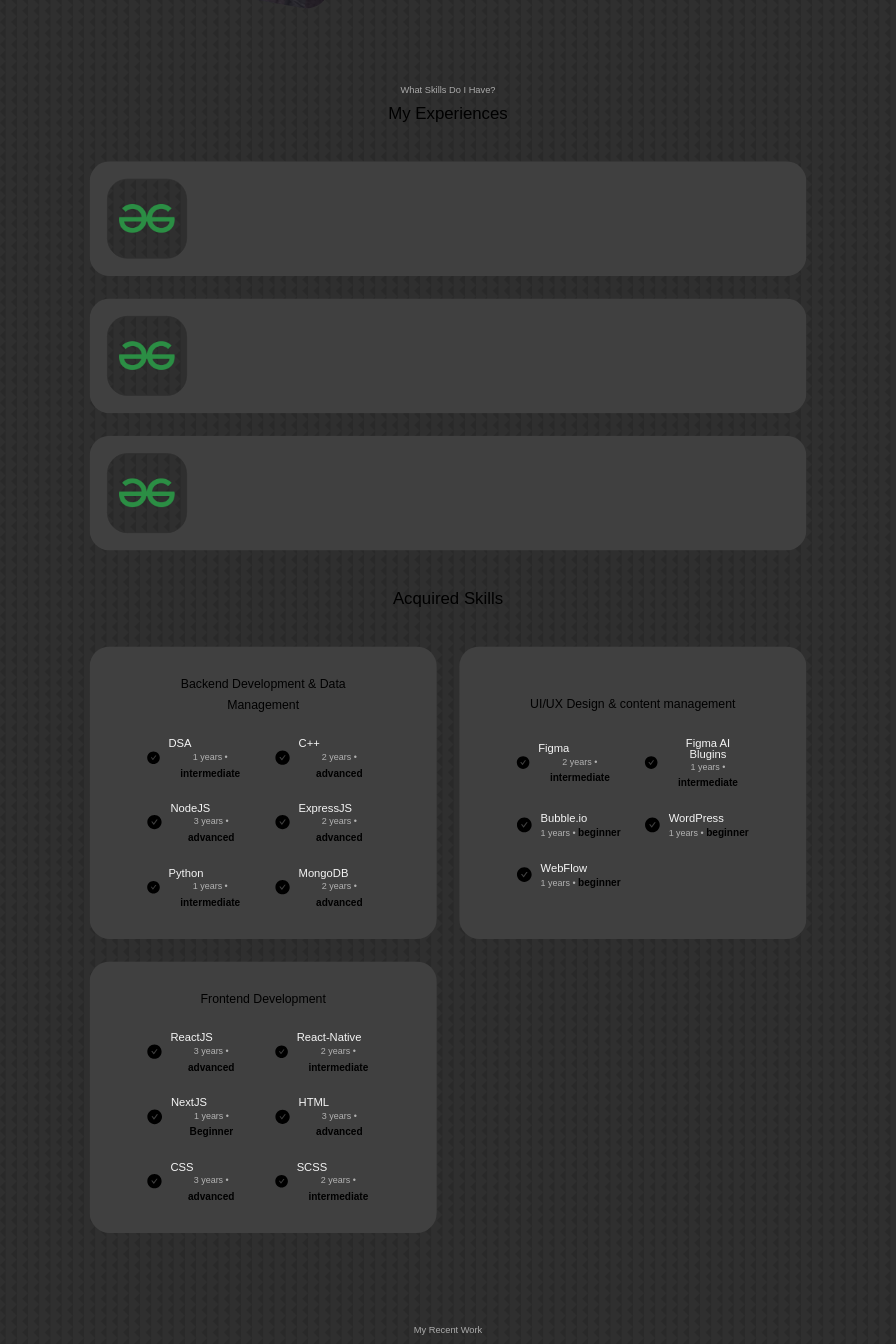
Repository: Z-Bahaa/project_joker_react_portfolio
Page: /
An editor plug-in stored every save of this project. The page is shown before and after the next save, followed by the edit.
The browser window is 1280 px wide. The pictures show the part of the page from y = 1449 to 3369 px (the page is 5435 px tall before and 5406 px after), at 70% of full size.
Some web fonts or font styles are not loaded; a fallback is used. The project was rebuilt for these pictures with package versions that can differ from the ones it lists, and the page was loaded fresh each time. Imported but missing from the stored project, and not drawn on this page: src/assets/resume.pdf.

Above is the page before, as saved 2023-08-21 13:58:25.

### public/index.html
<!DOCTYPE html>
<html lang="en">

<head>
  <meta charset="UTF-8">
  <meta name="viewport" content="width=device-width, initial-scale=1.0">
  <title>Zeyad Bahaa</title>
  <link rel="shortcut icon" href="/Logo.png" />
</head>

<body>
  <div id="root"></div>
</body>

</html>

### src/App.jsx
import Header from './components/header/Header'
import Nav from './components/nav/Nav'
import About from './components/about/About'
import Experience from './components/experience/Experience'
// import Services from './components/services/Services'
import Portfolio from './components/portfolio/Portfolio'
// import Testimonials from './components/testimonials/Testimonials'
import Contact from './components/contact/Contact'
import Footer from './components/footer/Footer'


const App = () => {
  return (
    <>
      <Header />
      <Nav />
      <About />
      <Experience />
      {/* <Services /> */}
      <Portfolio />
{/*       <Testimonials /> */}
      <Contact />
      <Footer />

    </>
  )
}

export default App

### src/components/header/Header.jsx
import './header.css';
import CTA from './CTA'
import ME from '../../assets/me-3.png'
import HeaderSocials from './HeaderSocials'

const Header = () => {
  return (
    <div className='header container' id='home'>
      <div className='header__container'>
        <h5>Hello, I'm</h5>
        <h1>Zeyad Bahaa</h1>
        <h5 className="text-light">Software & web development Enthusiast</h5>
        <CTA />
        <HeaderSocials />

        <div className="me">
          <img src={ME} alt="" />
        </div>

        <a href='#contact' className="scroll__down">Scroll Down</a>
      </div>
    </div>
  )
}

export default Header

### src/components/nav/Nav.jsx
import './nav.css'
import { AiOutlineHome, AiOutlineUser, AiOutlineMessage } from 'react-icons/ai'
import { BiBookAlt } from 'react-icons/bi'
import { BsBagDash } from 'react-icons/bs'
import { useState} from 'react'

const Nav = () => {
  const [activeNav, setActiveNAv] = useState('#')
  return (
    <div className="nav">
      <a href="#home" className={activeNav === '#' ? 'active' : ''} onClick={() => setActiveNAv('#')}><AiOutlineHome /></a>
      <a href="#about" className={activeNav === '#about' ? 'active' : ''} onClick={() => setActiveNAv('#about')}><AiOutlineUser /></a>
      <a href="#experience" className={activeNav === '#experience' ? 'active' : ''} onClick={() => setActiveNAv('#experience')}><BiBookAlt /></a>
      <a href="#services" className={activeNav === '#services' ? 'active' : ''} onClick={() => setActiveNAv('#services')}><BsBagDash /></a>
      <a href="#contact" className={activeNav === '#contact' ? 'active' : ''} onClick={() => setActiveNAv('#contact')}><AiOutlineMessage /></a>
    </div>
  )
}

export default Nav

### src/components/about/About.jsx
import './about.css'
import ME from '../../assets/me-3.png'
/* import { FiAward, FiUsers } from 'react-icons/fi'
import { AiFillFolderOpen } from 'react-icons/ai' */
const About = () => {
  return (
    <div className="section" id="about">
      <h5>Get To Know</h5>
      <h2>About Me</h2>

      <div className="container about__container">
        <div className="about__me">
          <div className="about__me-image">
            <img src={ME} alt="About" />
          </div>
        </div>

        <div className="about__content">
          {/* <div className="about__cards">

            <div className="about__card">
              <FiAward className="about__icon" />
              <h5>Experience</h5>
              <small>3+ Years Working</small>
            </div>

            <div className="about__card">
              <FiUsers className="about__icon" />
              <h5>Clients</h5>
              <small>200+ Worldwide</small>
            </div>

            <div className="about__card">
              <AiFillFolderOpen className="about__icon" />
              <h5>Projects</h5>
              <small>80+ Completed Projects</small>
            </div>

          </div> */}

          <p>
          Confident young professional with a passion for learning and development. eager to leverage education and training in the software development space to support the growth and success of a High performing organization. Strong track record of settling effective goals and leading teams to achieve those goals. committed to continuous improvement and driving team success.
          </p>

          <a href="#contact" className="btn btn-primary">Let's Talk</a>
        </div>
      </div>
    </div>
  )
}

export default About

### src/components/experience/Experience.jsx
import './experience.css'
import {experiences} from '../../data/experiences'
import { AiFillCheckCircle } from 'react-icons/ai'
import GFG from '../../assets/GFG.png'

const Experience = () => {
  return (
    <div className="section" id="experience">
      <h5>What Skills Do I Have?</h5>
      <h2>My Experiences</h2>
      <div className="history__container">
        {
          experiences.map((field) => (
            <div>
              <div className="image-container">
                <img src={GFG}/>
              </div>
            </div>
          ))
        }
      </div>
      <h2>Acquired Skills</h2>
      <div className="experience__container">
        {
          experiences.map((field) => (
            <div>
              <h3>{field.title}</h3>
              <div className="experience__content">
                {
                  field.list.map((item) => (
                    <div className="experience__details">

                        <AiFillCheckCircle className="experience__details-icon"/>
                        <div>
                          <h4>{item.name}</h4>
                          <small>{(item.experience + " ")} • <span>{" " + item.level}</span> </small>
                        </div>
                    </div>
                  ))
                }
              </div>
            </div>
          ))
        }
      </div>

    </div>
  )
}

export default Experience

### src/components/portfolio/Portfolio.jsx
import './portfolio.css'
import projects from '../../data/projects'



const Portfolio = () => {
  return (
    <div className="section">
      <h5>My Recent Work</h5>
      <h2>Portfolio</h2>

      <div className="container portfolio__container">
        {
          projects.map(item => (
            <div  key={item.id} className="portfolio__item">
              <img src={item.img} className="portfolio__item-image" alt=""/>
              <h3>{item.title || 'This is a portfolio item title'}</h3>
              <div className="portfolio__item-cta">
                <a className="btn" href={item.github} target='_blank' rel="noreferrer">Github</a>
                <a className="btn btn-primary" href={item.demo} target='_blank' rel="noreferrer">Live Demo</a>
              </div>
            </div>
          ))
        }
      </div>
    </div>
  )
}

export default Portfolio

### src/components/contact/Contact.jsx
import './contact.css'
import { AiOutlineMail, AiOutlineWhatsApp } from 'react-icons/ai'
import { RiMessengerLine } from 'react-icons/ri'


const Contact = () => {

  return (
    <div className="section" id="contact">
      <h5>Get In Touch</h5>
      <h2>Contact Me</h2>

      <div className="container contact__container">
        <div className="contact__options">

          <div className="contact__option">
            <AiOutlineMail className='contact__option-icon'/>
            <h4>Email</h4>
            <h5>zizobahaapersonal@gmail.com</h5>
            <a href="mailto:zizobahaapersonal@gmail.com">Send a message</a>
          </div>

          <div className="contact__option">
            <RiMessengerLine className='contact__option-icon'/>
            <h4>Messenger</h4>
            <h5>Zizo Bahaa</h5>
            <a href="https://m.me/100071918118359">Send a message</a>
          </div>
          <div className="contact__option">
            <AiOutlineWhatsApp className='contact__option-icon' />
            <h4>WhatsApp</h4>
            <h5>+201020730202</h5>
            <a href="https://api.whatsapp.com/send?phone=201020730202" >Send a message</a>
          </div>

        </div>

{        <form
          // ref={form}
          // onSubmit={sendEmail}
          >
          <input type="text" name="name" placeholder="Your Full Name" required/>
          <input type="email" name="email" placeholder="Your Email" required/>
          <textarea name="message" placeholder="Your Message" rows="7" required/>
          <button type="submit" className="btn btn-primary">send Message</button>
        </form>}
      </div>
    </div>
  )
}

export default Contact

### src/components/footer/Footer.jsx
import './footer.css'
import { AiOutlineLinkedin, AiOutlineFacebook, } from 'react-icons/ai'
import { FiTwitter, FiGithub, FiInstagram } from 'react-icons/fi'
import { FaTiktok } from 'react-icons/fa'
import { SiMyanimelist } from 'react-icons/si'

const Footer = () => {
  return (
    <div className="footer">
      <a href="#home" className="footer__icon">Z. bahaa</a>

      <ul className="permalinks">
        <li><a href="#home">Home</a></li>
        <li><a href="#about">About</a></li>
        <li><a href="#experience">Experience</a></li>
        <li><a href="#services">Services</a></li>
        <li><a href="#portfolio">Portfolio</a></li>
        {/* <li><a href="#testimonials">Testimonials</a></li> */}
        <li><a href="#contact">Contact</a></li>
      </ul>

      <div className="footer__socials" >
        <a href='https://www.linkedin.com/in/z-bahaa-194022234/' target='_blank' rel="noreferrer"><AiOutlineLinkedin /></a>
        <a href='https://github.com/Z-Bahaa' target='_blank' rel="noreferrer"><FiGithub /></a>
        <a href='https://www.facebook.com/profile.php?id=100071918118359' target='_blank' rel="noreferrer"><AiOutlineFacebook /></a>
        <a href='https://twitter.com/ZBahaa2' target='_blank' rel="noreferrer"><FiTwitter /></a>
        <a href='https://www.tiktok.com/@z_bahaa' target='_blank' rel="noreferrer"><FaTiktok /></a>
        <a href='https://www.instagram.com/bahaa_zizo/' target='_blank' rel="noreferrer"><FiInstagram /></a>
        <a href='https://myanimelist.net/animelist/zizobahaa1' target='_blank' rel="noreferrer"><SiMyanimelist /></a>
      </div>

      <div className="footer__coptright">
        <small>&copy; Z.bahaa. All rights reserved.</small>
      </div>
    </div>
  )
}

export default Footer

### src/components/header/header.css
.header {
  height: 120vh;
  padding-top: 7rem;
  /* overflow: hidden; */
}

.header__container {
  text-align: center;
  height: 100%;
  position: relative;
}

.cta {
  margin-top: 2.5rem;
  display: flex;
  gap: 1.2rem;
  justify-content: center;
}

.header__socials {
  display: flex;
  flex-direction: column;
  position: absolute;
  left: 0;
  bottom: 2rem;
  gap: 1rem;
}

.header__socials::after {
  content: "";
  width: 1px;
  height: 2rem;
  background: var(--color-primary);
  align-self: center;
}

.me {
  background: linear-gradient(var(--color-primary), transparent);
  width: 22rem;
  max-height: 27rem;
  position: absolute;
  left: calc(50% - 11rem);
  margin-top: 4rem;
  border-radius: 12rem 12rem 0 0;
  -webkit-border-radius: 12rem 12rem 0 0;
  -moz-border-radius: 12rem 12rem 0 0;
  -ms-border-radius: 12rem 12rem 0 0;
  -o-border-radius: 12rem 12rem 0 0;
  overflow: hidden;
  /* padding: 5rem 1.5rem 1.5rem 1.5rem; */
}
/* .me img {
  min-height: 40rem;
} */

.scroll__down {
  position: absolute;
  right: 0rem;
  bottom: 5rem;
  transform: rotate(90deg);
  -webkit-transform: rotate(90deg);
  -moz-transform: rotate(90deg);
  -ms-transform: rotate(90deg);
  -o-transform: rotate(90deg);
  font-weight: 300;
  font-size: 0.9rem
}

@media screen and (max-width: 1024px) {
  .header {
    height: 70vh;
  }
}

@media screen and (max-width: 600px) {
  .header {
    height: 100vh;
  }


}

### src/components/header/CTA.jsx
import CV from '../../assets/resume.pdf'

import React from 'react'

const CTA = () => {
  return (
    <div className="cta">
      <a href={CV} className='btn'>Download CV</a>
      <a href="#contact" className="btn btn-primary">Let's Talk</a>
    </div>
  )
}

export default CTA

### src/components/header/HeaderSocials.jsx
import { AiOutlineLinkedin, AiOutlineFacebook,} from 'react-icons/ai'
import {FiGithub} from 'react-icons/fi'



const HeaderSocials = () => {
  return (
    <div className="header__socials">
      <a href='https://www.linkedin.com/in/zizo-bahaa' target='_blank'  rel="noreferrer"><AiOutlineLinkedin /></a>
      <a href='https://github.com/Z-Bahaa' target='_blank'  rel="noreferrer"><FiGithub /></a>
      <a href='https://www.facebook.com/profile.php?id=100071918118359' target='_blank'  rel="noreferrer"><AiOutlineFacebook /></a>
    </div>
  )
}

export default HeaderSocials

### src/components/nav/nav.css
.nav {
  background: rgba(0, 0, 0, 0.3);
  width: max-content;
  display: block;
  padding: 0.7em 1.7em;
  z-index: 2;
  position: fixed;
  left: 50%;
  transform: translateX(-50%);
  -webkit-transform: translateX(-50%);
  -moz-transform: translateX(-50%);
  -ms-transform: translateX(-50%);
  -o-transform: translateX(-50%);
  bottom: 2rem;
  display: flex;
  gap: 0.8rem;
  border-radius: 3rem;
  -webkit-border-radius: 3rem;
  -moz-border-radius: 3rem;
  -ms-border-radius: 3rem;
  -o-border-radius: 3rem;
  backdrop-filter: blur(15px);
}

.nav a {
  background: transparent;
  padding: 0.8rem;
  border-radius: 50%;
  -webkit-border-radius: 50%;
  -moz-border-radius: 50%;
  -ms-border-radius: 50%;
  -o-border-radius: 50%;
  display: flex;
  color: var(--color-light);
  font-size: 1.1rem;
}

.nav a:hover {
  background: rgba(0, 0, 0, 0.3);
}

.nav a.active {
  background: var(--color-primary);
  color: var(--color-bg)
}

### src/components/experience/experience.css
.experience__container {
  display: grid;
  grid-template-columns: 1fr 1fr;
  justify-content: center;
  gap: 2rem;
  margin-inline: 8rem;
}

.history__container {
  display: grid;
  grid-template-columns: 1fr;
  justify-content: center;
  gap: 2rem;
  margin-inline: 8rem;
  margin-bottom: 3rem;
}

.experience__container>div, .history__container>div {
  background: var(--color-bg-variant);
  display: flex;
  flex-direction: column;
  justify-content: center;
  width: 100%;
  padding: 2.4rem 5rem;
  border-radius: 1.8rem;
  -webkit-border-radius: 1.8rem;
  -moz-border-radius: 1.8rem;
  -ms-border-radius: 1.8rem;
  -o-border-radius: 1.8rem;
  border: 1px solid transparent;
  transition: var(--transition);
  -webkit-transition: var(--transition);
  -moz-transition: var(--transition);
  -ms-transition: var(--transition);
  -o-transition: var(--transition);
}

.history__container>div {
  display: flex;
  flex-direction: row;
  align-items: center;
  justify-content: flex-start;
  padding: 1.5rem;
}

.history__container>div .image-container{
  aspect-ratio: 1;
  display: flex;
  align-items: center;
  justify-content: center;
  width: fit-content;
  padding: 1rem;
  /* background-color: red; */
  border-radius: 1.8rem;
  -webkit-border-radius: 1.8rem;
  -moz-border-radius: 1.8rem;
  -ms-border-radius: 1.8rem;
  -o-border-radius: 1.8rem;
  background: var(--color-bg);
  background-image: url(../../assets/bg-texture.png);
  border-color: var(--color-bg);
  border-style: solid;
  border-width: 1px;
  margin-right: 2rem;
}
/* .history__container>div:hover .image-container{
  border-color: var(--color-primary-variant);
  border-style: solid;
  border-width: 1px;
} */

.history__container>div .image-container img{
  width: 5rem;
}

.experience__container>div:hover, .history__container>div:hover {
  background: transparent;
  border-color: var(--color-primary-variant);
  cursor: default;
}

.experience__container>div h3 {
  text-align: center;
  font-size: 1.1rem;
  margin-bottom: 2rem;
  color: var(--color-primary);
}

.experience__content {
  display: grid;
  grid-template-columns: 1fr 1fr;
  width: 100%;
  justify-content: space-between;
  /* background-color: red; */
  align-items: space-between;
  gap: 2rem;
  row-gap: 1.9rem;
}

.experience__details {
  display: flex;
  /* background-color: red; */
  width: fit-content;
  align-items: center;
  gap: .7rem;
}

.experience__details-icon {
  margin-bottom: 6px;
  font-size: 1.5rem;
  color: var(--color-primary);
}

.experience__details div {
  display: flex;
  flex-direction: column;
  gap: 0;
  align-items: flex-start;
  justify-content: center;
}

.experience__details div h4 {
  text-align: center;
  font-size: 1rem;
  line-height: 1rem;
  color: var(--color-white);
}

.experience__details div small {
  text-align: center;
  font-size: .8rem;
  /* line-height: 1rem; */
  color: var(--color-light);
}

.experience__details div span {
  text-align: center;
  font-size: .9rem;
  font-weight: bold;
  color: var(--color-primary);
}

@media screen and (max-width: 1024px) {
  .experience__container {
    grid-template-columns: 1fr;
    gap: 2rem;
  }

  .experience__container>div {
    width: 80%;
    padding: 2rem;
    margin: 0 auto;
  }

  .experience__content {
    padding: 1rem;
  }
}

@media screen and (max-width: 600px) {
  .experience__container {
    gap: 1rem;
  }

  .experience__container>div {
    width: 100%;
    padding: 2rem 1rem;
    margin: 0 auto;
  }
}

### src/components/portfolio/portfolio.css
.portfolio__container {
  display: grid;
  grid-template-columns: repeat(3, 1fr);
  gap: 2.5rem;
}

.portfolio__item {
  background: var(--color-bg-variant);
  padding: 1.2rem;
  border-radius: 2rem;
  -webkit-border-radius: 2rem;
  -moz-border-radius: 2rem;
  -ms-border-radius: 2rem;
  -o-border-radius: 2rem;
  border: 1px solid transparent;
  transition: var(--transition);
  -webkit-transition: var(--transition);
  -moz-transition: var(--transition);
  -ms-transition: var(--transition);
  -o-transition: var(--transition);
}

.portfolio__item:hover {
  border-color: var(--color-primary-variant);
  background: transparent;
}

.portfolio__item-image {
  border-radius: 1.5rem;
  -webkit-border-radius: 1.5rem;
  -moz-border-radius: 1.5rem;
  -ms-border-radius: 1.5rem;
  -o-border-radius: 1.5rem;
  overflow: hidden;
}

.portfolio__item h3 {
  margin: 1.2rem 0.2rem;
}

.portfolio__item-cta {
  display: flex;
  gap: 1rem;
  margin-bottom: 1rem;
}

@media screen and (max-width: 1024px) {
  .portfolio__container {
    grid-template-columns: 1fr 1fr;
    gap: 1.2rem;
  }
}

@media screen and (max-width: 600px) {
  .portfolio__container {
    grid-template-columns: 1fr;
    gap: 1rem;
  }
}

### src/components/contact/contact.css
.container.contact__container {
  width: 58%;
  display: grid;
  grid-template-columns: 30% 58%;
  gap: 12%;
}

.contact__options {
  display: flex;
  flex-direction: column;
  gap: 1.2rem;
}

.contact__option {
  background: var(--color-bg-variant);
  padding: 1.2rem;
  border-radius: 1.2rem;
  -webkit-border-radius: 1.2rem;
  -moz-border-radius: 1.2rem;
  -ms-border-radius: 1.2rem;
  -o-border-radius: 1.2rem;
  text-align: center;
  border: 1px solid transparent;
  transition: var(--transition);
  overflow: hidden;
}

.contact__option:hover {
  background: transparent;
  border-color: var(--color-primary-variant);
}

.contact__option-icon {
  font-size: 1.5rem;
  margin-bottom: 0.5rem;

}

.contact__option a {
  margin-top: 0.7rem;
  display: inline-block;
  font-size: .8rem;
}

form {
  display: flex;
  flex-direction: column;
  gap: 1.2rem;
}

input, textarea {
  width: 100%;
  padding: 1.5rem;
  border-radius: 0.5rem;
  -webkit-border-radius: 0.5rem;
  -moz-border-radius: 0.5rem;
  -ms-border-radius: 0.5rem;
  -o-border-radius: 0.5rem;
  background: transparent;
  border: 1px solid var(--color-primary-variant);
  resize: none;
  color: var(--color-white);
}

@media screen and (max-width: 1024px) {
  .container.contact__container {
    grid-template-columns: 1fr;
    gap: 2rem;
  }
}

@media screen and (max-width: 600px) {
  .container.contact__container {
    width: var(--container-width-sm);
  }
}

### src/components/footer/footer.css
.footer {
  background: var(--color-primary);
  padding: 3rem 0;
  padding-bottom: 0;
  text-align: center;
  font-size:0.9rem;
  margin-top: 7rem;
}

.footer a {
  color: var(--color-bg);
}

.footer__icon {
  font-size:2rem;
  font-weight: 500;
  margin-bottom: 2rem;
  display: inline-block;
}

.permalinks {
  display: flex;
  flex-wrap: wrap;
  justify-content: center;
  gap: 2rem;
  margin: 0 auto 3rem;
}

.footer__socials {
  display: flex;
  justify-content: center;
  gap: 1rem;
  margin-bottom: 4rem;
}

.footer__socials a {
  background: var(--color-bg);
  color: var(--color-white);
  padding: 0.8rem;
  border-radius: 0.7rem;
  -webkit-border-radius: 0.7rem;
  -moz-border-radius: 0.7rem;
  -ms-border-radius: 0.7rem;
  -o-border-radius: 0.7rem;
  display: flex;
  border: 1px solid transparent;
  margin-bottom: 5rem;
}

.footer__socials a:hover {
  background: transparent;
  color: var(--color-bg);
  border-color: var(--color-bg);

}

.footer__copyright {
  margin-bottom: 4rem;
  color: var(--color-bg);
}

@media screen and (max-width: 600px) {
  .permalinks {
    flex-direction: column;
    gap: 1.5rem;
  }
}

Loaded but not shown: src/data/experiences.js (105 lines, source omitted); src/data/projects.js (59 lines, source omitted); src/index.js (5 lines, source omitted); src/index.css (151 lines, source omitted); src/components/about/about.css (141 lines, source omitted)

After the next save:
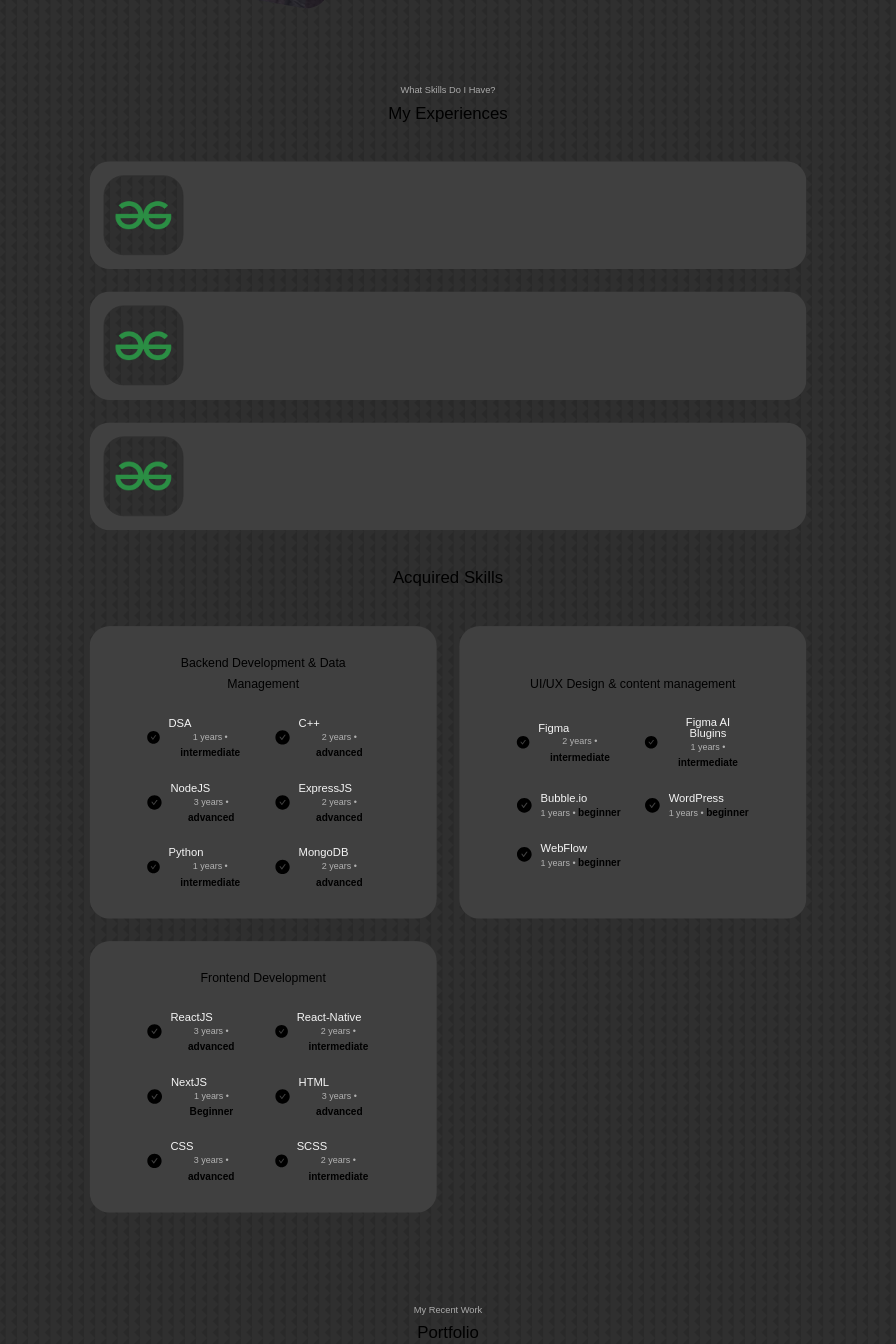
Saved 7 s later.
--- a/src/components/experience/experience.css
+++ b/src/components/experience/experience.css
@@ -40,7 +40,7 @@
   flex-direction: row;
   align-items: center;
   justify-content: flex-start;
-  padding: 1.5rem;
+  padding: 1.2rem;
 }
 
 .history__container>div .image-container{
